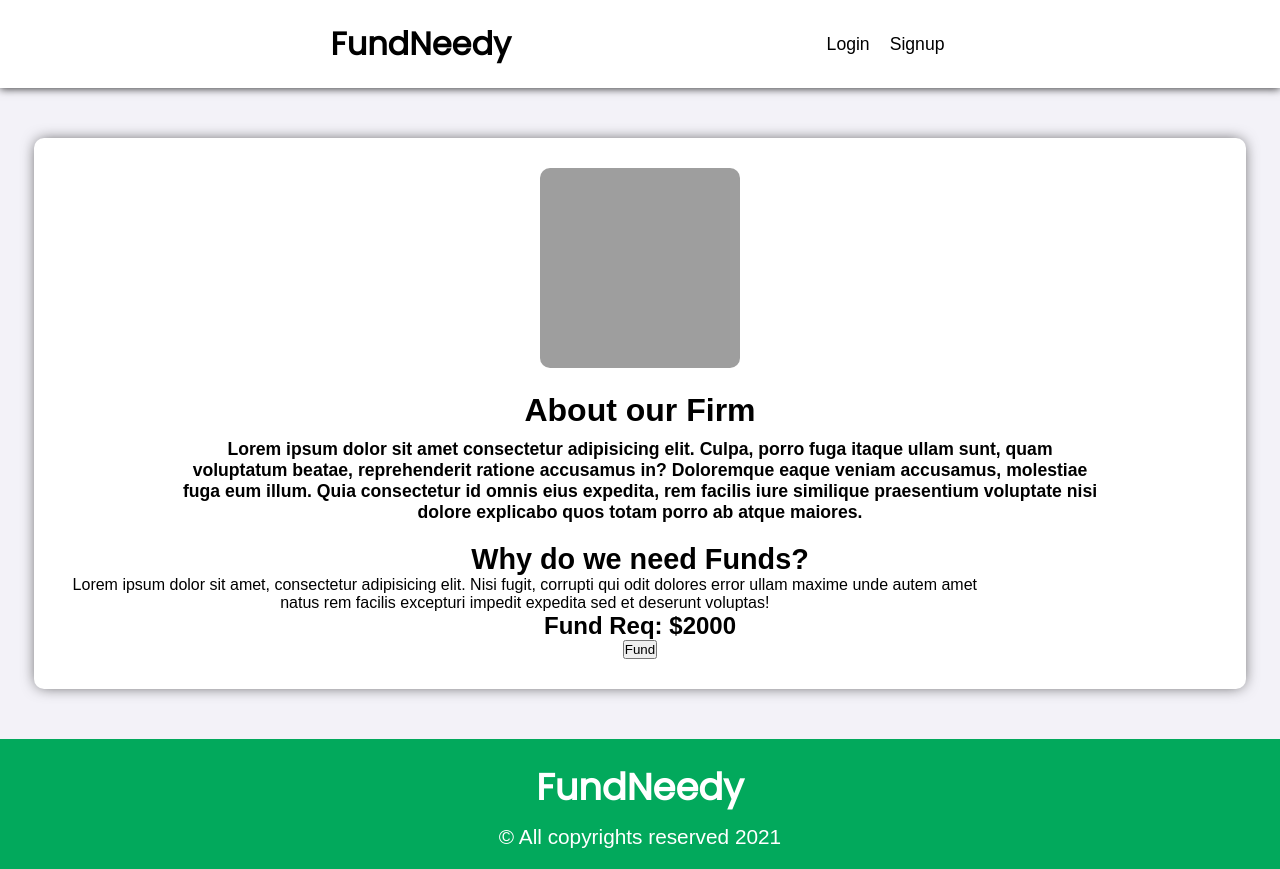
Repository: osdc/codejam
Page: /firmname (app in sassy-sandwiches/fund-needy/)
The author's editor kept a copy of each file at every save. The page is drawn from the files as they stood at one save, then again after a run of saves.
The browser window is 1280 px wide. The pictures show the whole page.
Pictures or frames that could not be fetched are drawn as grey boxes. The project was rebuilt for these pictures with package versions that can differ from the ones it lists, and the page was loaded fresh each time. Also part of the build but not shown: sassy-sandwiches/fund-needy/src/Showcase.css, sassy-sandwiches/fund-needy/src/Showcase.js, sassy-sandwiches/fund-needy/src/Needies.css, sassy-sandwiches/fund-needy/src/Needy.css, sassy-sandwiches/fund-needy/src/Needy.js, sassy-sandwiches/fund-needy/src/Needies.js.

Above is the page before, as saved 2021-01-09 22:21:56.

After the next 2 saves:
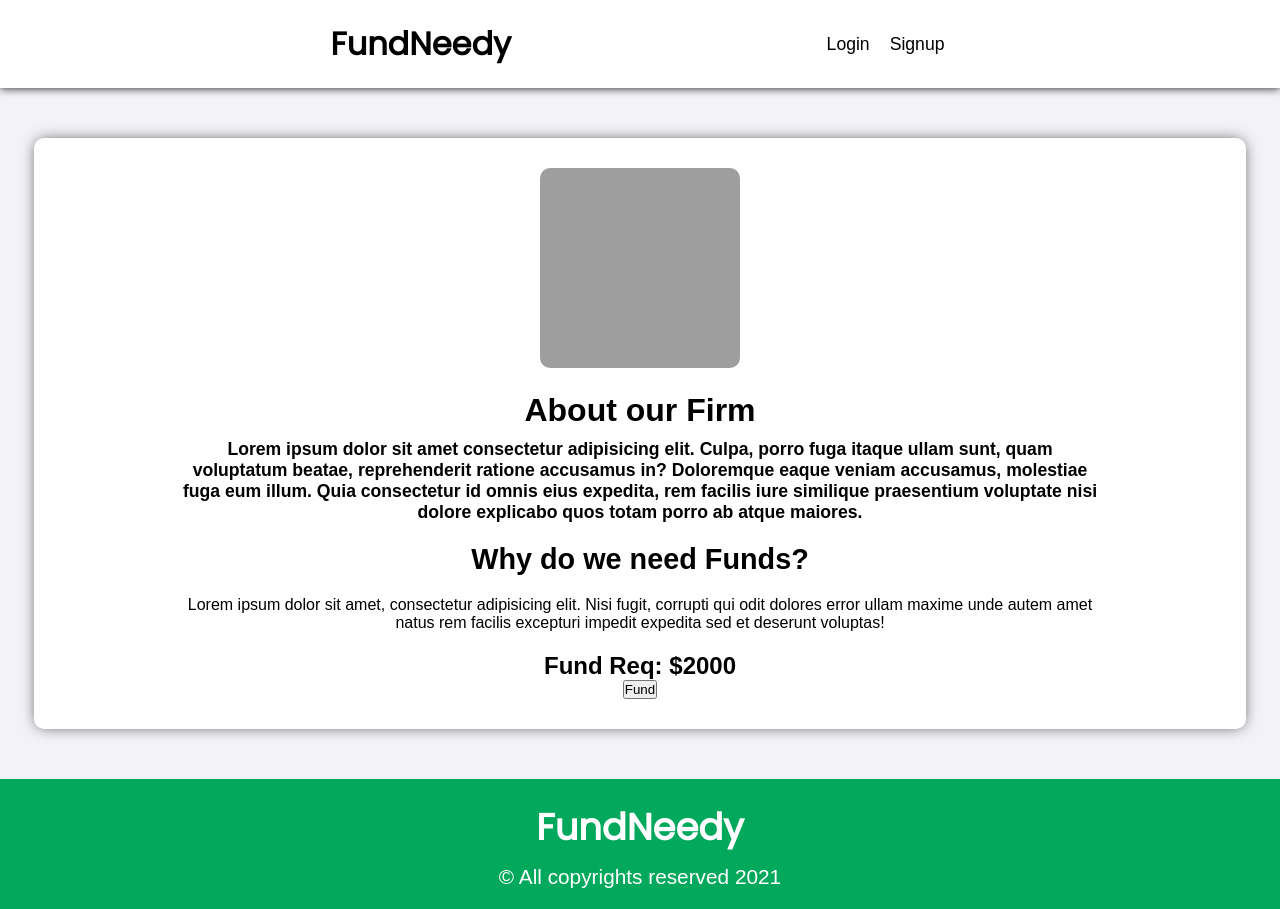
The 2 saves are shown as one change because they came seconds apart.
The last was saved 10 s later.
--- a/sassy-sandwiches/fund-needy/src/FirmFund.css
+++ b/sassy-sandwiches/fund-needy/src/FirmFund.css
@@ -39,4 +39,7 @@
 
 .firmFund_need > p {
   width: 80%;
+  margin: auto;
+  margin-top: 20px;
+  margin-bottom: 20px;
 }
